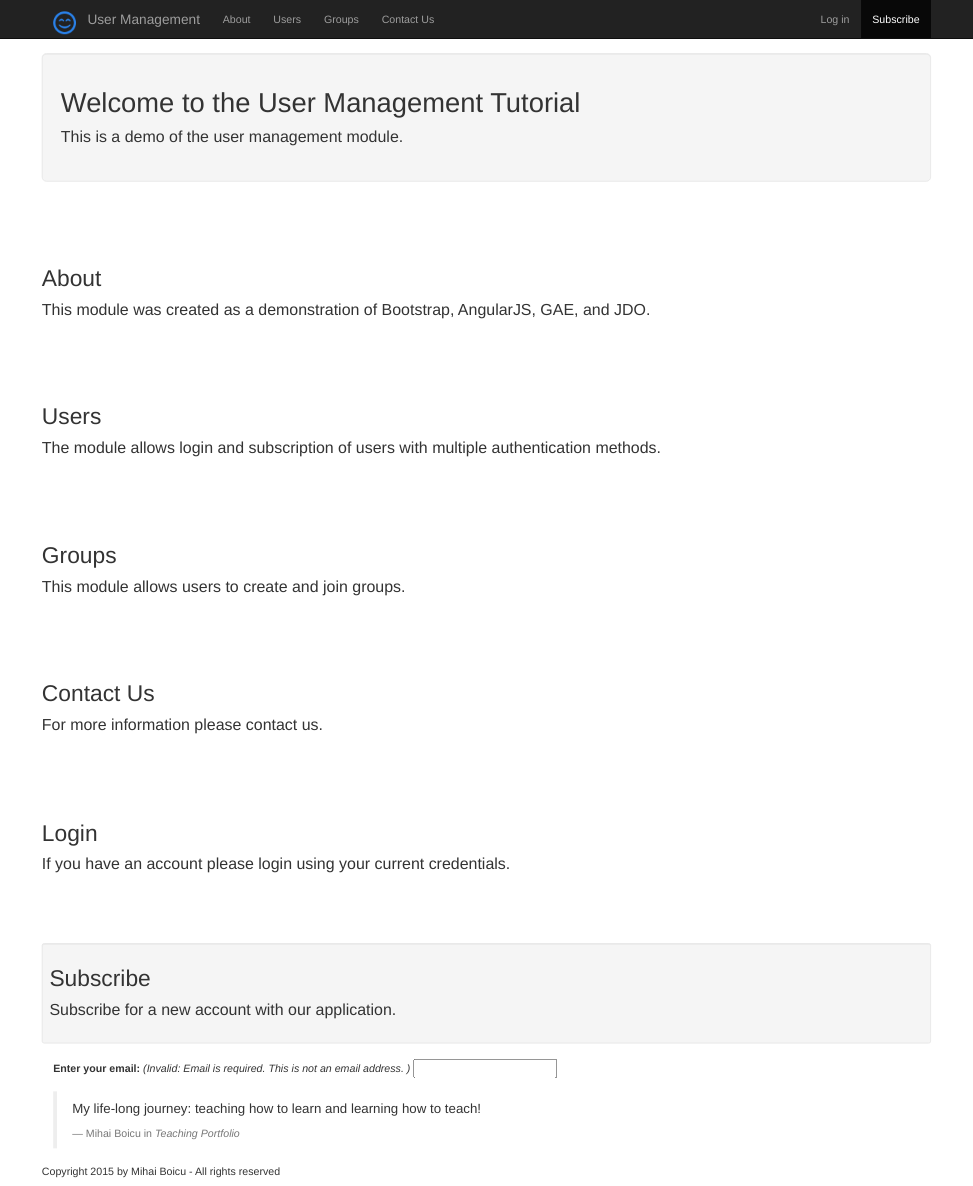
Repository: screenhunter/UMT
Page: UserManagement/war/guest/guest.html
An editor plug-in stored every save of this project. The page is shown before and after the next save, followed by the edit.
The browser window is 1280 px wide. The pictures show the whole page, at 76% of full size.

Above is the page before, as saved 2015-08-11 16:39:38.
Console error (its wording comes from the project's code and is left out).

After the next save:
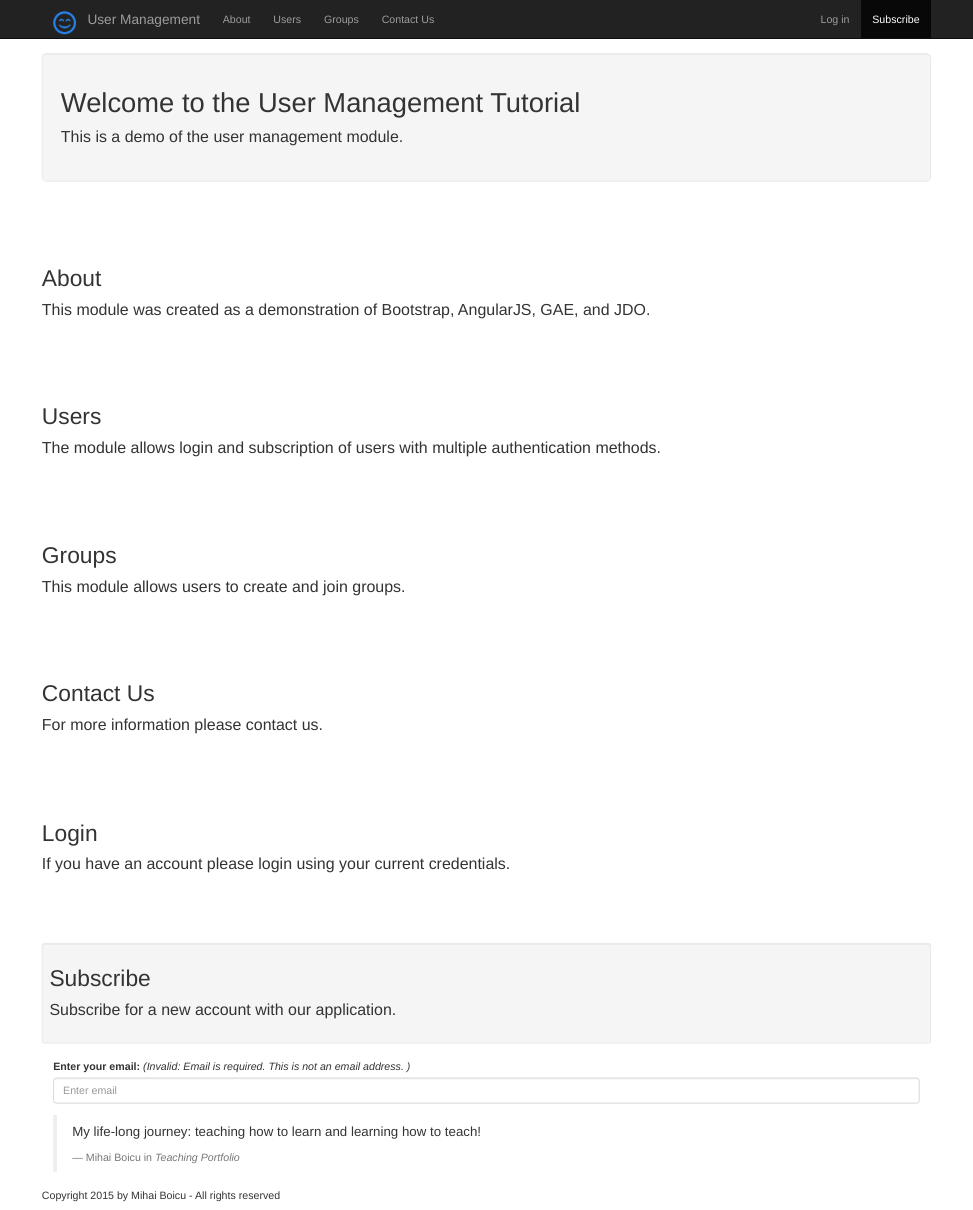
Saved 45 s later.
--- a/UserManagement/war/guest/guest.html
+++ b/UserManagement/war/guest/guest.html
@@ -134,7 +134,8 @@
 						)</i>
 					</span>
 
-					<input>
+					<input type="email" class="form-control" name="subscribeUserEmailInput"
+					placeholder="Enter email">
 
 				</div> <!-- EMAIL form-group -->
 
